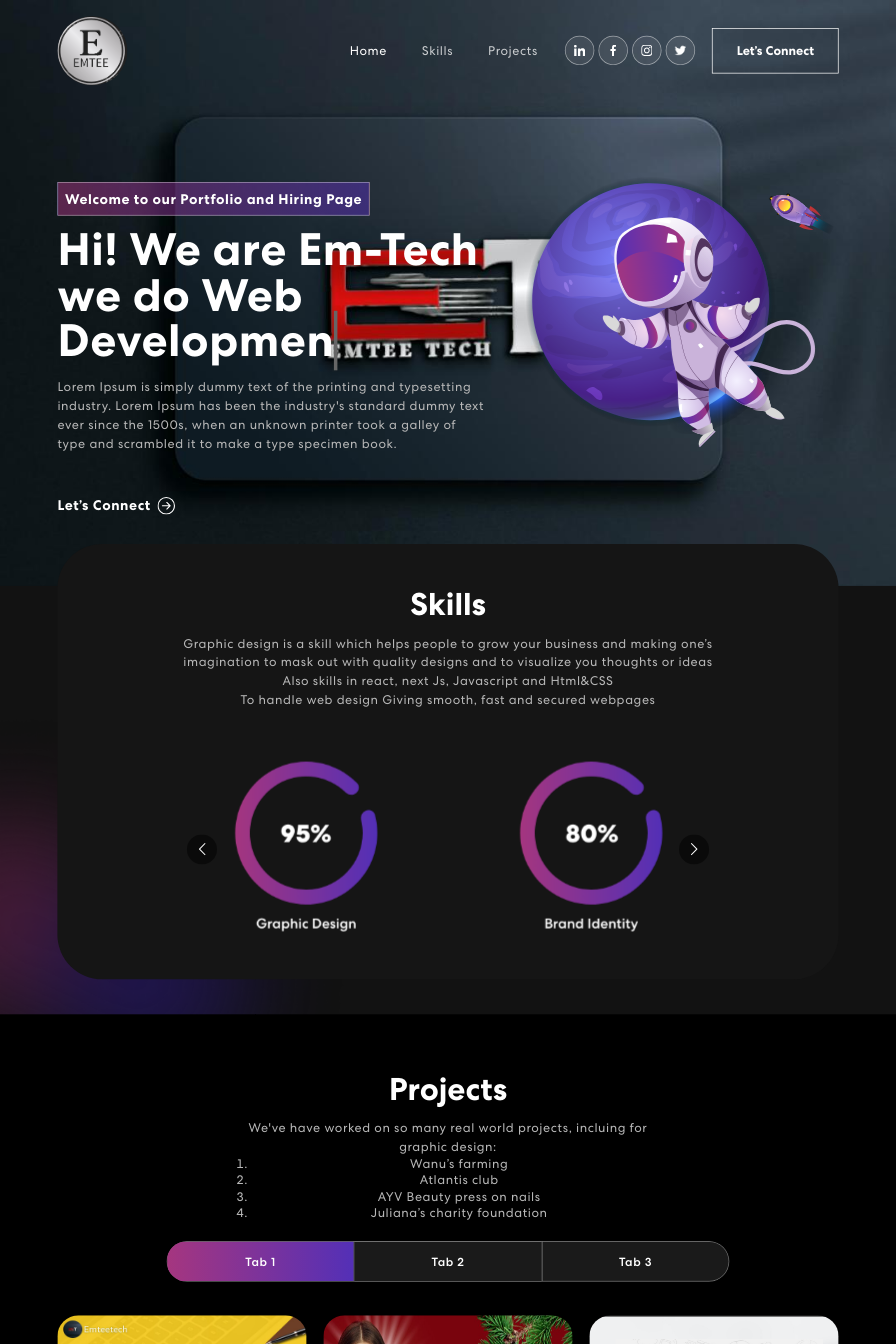
Repository: EmmanuelKeifala/emtee
Page: /
The author's editor kept a copy of each file at every save. The page is drawn from the files as they stood at one save, then again after the next save.
The browser window is 1280 px wide. The pictures show the part of the page from y = 0 to 1920 px (the page is 3568 px tall before and 3595 px after), at 70% of full size.
The project was rebuilt for these pictures with package versions that can differ from the ones it lists, and the page was loaded fresh each time. Some packages were replaced by stand-ins written for this rebuild.

Above is the page before, as saved 2022-09-30 18:13:56.

### public/index.html
<!DOCTYPE html>
<html lang="en">
  <head>
    <meta charset="utf-8" />
    <link rel="icon" href="%PUBLIC_URL%/favicon.ico" />
    <meta name="viewport" content="width=device-width, initial-scale=1" />
    <meta name="theme-color" content="#000000" />
    <meta name="description" content="Em-Tech" />
    <link rel="apple-touch-icon" href="%PUBLIC_URL%/logo192.png" />

    <link rel="manifest" href="%PUBLIC_URL%/manifest.json" />
    <title>Em-Tech</title>
  </head>
  <body>
    <div id="root"></div>
  </body>
</html>

### src/Components/Navbar.jsx
import React, { useState, useEffect } from "react";
import { Navbar, Container, Nav } from "react-bootstrap";
import logo from "../assets/img/screen.png";
import navIcon1 from "../assets/img/nav-icon1.svg";
import navIcon2 from "../assets/img/nav-icon2.svg";
import navIcon3 from "../assets/img/nav-icon3.svg";
import Twitter from "../assets/img/twit.png";

const NavBar = () => {
  const [activeLink, setActiveLink] = useState("home");
  const [scrolled, setScrolled] = useState(false);
  useEffect(() => {
    const onScroll = () => {
      if (window.scrollY > 50) {
        setScrolled(true);
      } else {
        setScrolled(false);
      }
    };
    window.addEventListener("scroll", onScroll);

    return () => window.removeEventListener("scroll", onScroll);
  }, []);
  const onUpdateActiveLink = (value) => {
    setActiveLink(value);
  };
  return (
    <Navbar expand="md" className={scrolled ? "scrolled" : ""}>
      <Container>
        <Navbar.Brand href="/">
          <img src={logo} alt="Logo" className="lo" />
        </Navbar.Brand>
        <Navbar.Toggle aria-controls="basic-navbar-nav">
          <span className="navbar-toggler-icon"></span>
        </Navbar.Toggle>
        <Navbar.Collapse id="basic-navbar-nav">
          <Nav className="ms-auto">
            <Nav.Link
              href="#home"
              className={
                activeLink === "home" ? "active navbar-link" : "navbar-link"
              }
              onClick={() => onUpdateActiveLink("home")}
            >
              Home
            </Nav.Link>
            <Nav.Link
              href="#skills"
              className={
                activeLink === "skills" ? "active navbar-link" : "navbar-link"
              }
              onClick={() => onUpdateActiveLink("skills")}
            >
              Skills
            </Nav.Link>
            <Nav.Link
              href="#project"
              className={
                activeLink === "project" ? "active navbar-link" : "navbar-link"
              }
              onClick={() => onUpdateActiveLink("project")}
            >
              Projects
            </Nav.Link>
          </Nav>
          <span className="navbar-text">
            <div className="social-icon">
              <a href="#">
                <img src={navIcon1} alt="linkedin" />
              </a>
              <a href="#">
                <img src={navIcon2} alt="facebook" />
              </a>
              <a href="#">
                <img src={navIcon3} alt="instagram" />
              </a>
              <a href="#">
                <img src={Twitter} alt="Twitter" className="twit" />
              </a>
            </div>
            <button className="vvd">
              <span>Let’s Connect</span>
            </button>
          </span>
        </Navbar.Collapse>
      </Container>
    </Navbar>
  );
};

export default NavBar;

### src/Components/Banner.jsx
import React from "react";
import { useState, useEffect } from "react";
import { Container, Row, Col } from "react-bootstrap";
import { ArrowRightCircle } from "react-bootstrap-icons";
import headerImg from "../assets/img/header-img.svg";
import "animate.css";
import TrackVisibility from "react-on-screen";
import GoogleAd from "./GoogleAd";
const Banner = () => {
  const [loopNum, setLoopNum] = useState(0);
  const [isDeleting, setIsDeleting] = useState(false);
  const [text, setText] = useState("");
  const [delta, setDelta] = useState(300 - Math.random() * 100);
  const [index, setIndex] = useState(1);
  const toRotate = ["Web Development", "Web Design", "UI/UX Design"];
  const period = 2000;

  useEffect(() => {
    let ticker = setInterval(() => {
      tick();
    }, delta);

    return () => {
      clearInterval(ticker);
    };
  }, [text]);

  const tick = () => {
    let i = loopNum % toRotate.length;
    let fullText = toRotate[i];
    let updatedText = isDeleting
      ? fullText.substring(0, text.length - 1)
      : fullText.substring(0, text.length + 1);

    setText(updatedText);

    if (isDeleting) {
      setDelta((prevDelta) => prevDelta / 2);
    }

    if (!isDeleting && updatedText === fullText) {
      setIsDeleting(true);
      setIndex((prevIndex) => prevIndex - 1);
      setDelta(period);
    } else if (isDeleting && updatedText === "") {
      setIsDeleting(false);
      setLoopNum(loopNum + 1);
      setIndex(1);
      setDelta(500);
    } else {
      setIndex((prevIndex) => prevIndex + 1);
    }
  };

  return (
    <section className="banner" id="home">
      <Container>
        <Row className="aligh-items-center">
          <Col xs={12} md={6} xl={7}>
            <TrackVisibility>
              {({ isVisible }) => (
                <div
                  className={
                    isVisible ? "animate__animated animate__fadeIn" : ""
                  }
                >
                  <span className="tagline">
                    Welcome to our Portfolio and Hiring Page
                  </span>
                  <h1>
                    {`Hi! We are Em-Tech we do`}{" "}
                    <span
                      className="txt-rotate"
                      dataPeriod="1000"
                      data-rotate='[ "Web Developement", "Web Design", "UI/UX Design" ]'
                    >
                      <span className="wrap">{text}</span>
                    </span>
                  </h1>
                  <p>
                    Lorem Ipsum is simply dummy text of the printing and
                    typesetting industry. Lorem Ipsum has been the industry's
                    standard dummy text ever since the 1500s, when an unknown
                    printer took a galley of type and scrambled it to make a
                    type specimen book.
                  </p>
                  <button onClick={() => console.log("connect")}>
                    Let’s Connect <ArrowRightCircle size={25} />
                  </button>
                </div>
              )}
            </TrackVisibility>
          </Col>
          <Col xs={12} md={6} xl={5}>
            <TrackVisibility>
              {({ isVisible }) => (
                <div
                  className={
                    isVisible ? "animate__animated animate__zoomIn" : ""
                  }
                >
                  <img src={headerImg} alt="Header Img" />
                </div>
              )}
            </TrackVisibility>
          </Col>
        </Row>
      </Container>
      <GoogleAd slot="9876543210" googleAdId="ca-pub-2934431448539258" />
    </section>
  );
};

export default Banner;

### src/Components/Skills.jsx
import React from "react";
import meter1 from "../assets/img/meter1.svg";
import meter2 from "../assets/img/meter2.svg";
import meter3 from "../assets/img/meter3.svg";
import Carousel from "react-multi-carousel";
import "react-multi-carousel/lib/styles.css";
import arrow1 from "../assets/img/arrow1.svg";
import arrow2 from "../assets/img/arrow2.svg";
import colorSharp from "../assets/img/color-sharp.png";
const Skills = () => {
  const responsive = {
    superLargeDesktop: {
      // the naming can be any, depends on you.
      breakpoint: { max: 4000, min: 3000 },
      items: 5,
    },
    desktop: {
      breakpoint: { max: 3000, min: 1024 },
      items: 3,
    },
    tablet: {
      breakpoint: { max: 1024, min: 464 },
      items: 2,
    },
    mobile: {
      breakpoint: { max: 464, min: 0 },
      items: 1,
    },
  };
  return (
    <section className="skill" id="skills">
      <div className="container">
        <div className="row">
          <div className="col-12">
            <div className="skill-bx wow zoomIn">
              <h2>Skills</h2>
              <p>
                Graphic design is a skill which helps people to grow your
                business and making one’s <br></br> imagination to mask out with
                quality designs and to visualize you thoughts or ideas<br></br>
                Also skills in react, next Js, Javascript and Html&CSS <br></br>
                To handle web design Giving smooth, fast and secured webpages
              </p>
              <Carousel
                responsive={responsive}
                infinite={true}
                className="owl-carousel owl-theme skill-slider"
              >
                <div className="item">
                  <img src={meter1} alt="Image" />
                  <h5>Graphic Design</h5>
                </div>
                <div className="item">
                  <img src={meter2} alt="Image" />
                  <h5>Brand Identity</h5>
                </div>
                <div className="item">
                  <img src={meter3} alt="Image" />
                  <h5>Logo Design</h5>
                </div>
                <div className="item">
                  <img src={meter1} alt="Image" />
                  <h5>Web Development</h5>
                </div>
              </Carousel>
            </div>
          </div>
        </div>
      </div>
      <img className="background-image-left" src={colorSharp} alt="Image" />
    </section>
  );
};

export default Skills;

### src/Components/Contact.jsx
import React from "react";
import { useState } from "react";
import { Container, Row, Col } from "react-bootstrap";
import contactImg from "../assets/img/contact-img.svg";
import "animate.css";
import { Form, Input, TextArea, Button } from "semantic-ui-react";
import TrackVisibility from "react-on-screen";
import Swal from "sweetalert2";
import emailjs from "emailjs-com";
const Contact = () => {
  const formInitialDetails = {
    firstName: "",
    lastName: "",
    email: "",
    phone: "",
    message: "",
  };

  const SERVICE_ID = "service_hdc70rt";
  const TEMPLATE_ID = "template_uccb61k";
  const USER_ID = "tjSBze7Rp8m252Qv_";

  const [formDetails, setFormDetails] = useState(formInitialDetails);
  const [buttonText, setButtonText] = useState("Send");
  const [status, setStatus] = useState({});

  const onFormUpdate = (category, value) => {
    setFormDetails({
      ...formDetails,
      [category]: value,
    });
  };

  const handleOnSubmit = (e) => {
    e.preventDefault();
    emailjs.sendForm(SERVICE_ID, TEMPLATE_ID, e.target, USER_ID).then(
      (result) => {
        console.log(result.text);
        Swal.fire({
          icon: "success",
          title: "Message Sent Successfully",
        });
      },
      (error) => {
        console.log(error.text);
        Swal.fire({
          icon: "error",
          title: "Ooops, something went wrong",
          text: error.text,
        });
      }
    );
    console.log(e.target);
    e.target.reset();
  };

  return (
    <section className="contact" id="connect">
      <Container>
        <Row className="align-items-center">
          <Col size={12} md={6}>
            <TrackVisibility>
              {({ isVisible }) => (
                <img
                  className={
                    isVisible ? "animate__animated animate__zoomIn" : ""
                  }
                  src={contactImg}
                  alt="Contact Us"
                />
              )}
            </TrackVisibility>
          </Col>
          <Col size={12} md={6}>
            <TrackVisibility>
              {({ isVisible }) => (
                <div
                  className={
                    isVisible ? "animate__animated animate__fadeIn" : ""
                  }
                >
                  <h2>Get In Touch</h2>
                  <form onSubmit={handleOnSubmit}>
                    <Row>
                      <Col size={12} sm={6} className="px-1">
                        <Form.Field
                          id="form-input-control-email"
                          control={Input}
                          label="Email"
                          name="user_email"
                          placeholder="Email…"
                          required
                          icon="mail"
                          iconPosition="left"
                        />
                      </Col>
                      <Col size={12} sm={6} className="px-1">
                        <Form.Field
                          id="form-input-control-last-name"
                          control={Input}
                          label="Name"
                          name="user_name"
                          placeholder="Name…"
                          required
                          icon="user circle"
                          iconPosition="left"
                        />
                      </Col>
                      <Col size={12} className="px-1">
                        <Form.Field
                          id="form-textarea-control-opinion"
                          control={TextArea}
                          label="Message"
                          name="user_message"
                          placeholder="Message..."
                          required
                        />
                        <button type="submit">
                          <span>{buttonText}</span>
                        </button>
                      </Col>
                      {status.message && (
                        <Col>
                          <p
                            className={
                              status.success === false ? "danger" : "success"
                            }
                          >
                            {status.message}
                          </p>
                        </Col>
                      )}
                    </Row>
                  </form>
                </div>
              )}
            </TrackVisibility>
          </Col>
        </Row>
      </Container>
    </section>
  );
};

export default Contact;

### src/Components/Footer.jsx
import React from "react";
import { Container, Row, Col } from "react-bootstrap";
import logo from "../assets/img/logo.svg";
import navIcon1 from "../assets/img/nav-icon1.svg";
import navIcon2 from "../assets/img/nav-icon2.svg";
import navIcon3 from "../assets/img/nav-icon3.svg";

const Footer = () => {
  return (
    <footer className="footer">
      <Container>
        <Row className="align-items-center">
          <Col size={12} sm={6}>
            <img src={logo} alt="Logo" />
          </Col>
          <Col size={12} sm={6} className="text-center text-sm-end">
            <div className="social-icon">
              <a href="#" className="icon">
                <img src={navIcon1} alt="Icon" className="icon-1" />
              </a>
              <a href="#" className="icon">
                <img src={navIcon2} alt="Icon" className="icon-1" />
              </a>
              <a href="#" className="icon">
                <img src={navIcon3} alt="Icon" className="icon-1" />
              </a>
            </div>
            <p>Copyright 2022. All Rights Reserved</p>
            <p>Develped by Em-Tech</p>
          </Col>
        </Row>
      </Container>
    </footer>
  );
};

export default Footer;

### src/Components/GoogleAd.jsx
import React, { Component } from "react";
import PropTypes from "prop-types";

class GoogleAd extends Component {
  googleInit = null;

  componentDidMount() {
    const { timeout } = this.props;
    this.googleInit = setTimeout(() => {
      if (typeof window !== "undefined")
        (window.adsbygoogle = window.adsbygoogle || []).push({});
    }, timeout);
  }

  componentWillUnmount() {
    if (this.googleInit) clearTimeout(this.googleInit);
  }

  render() {
    const { classNames, slot, googleAdId, style, format } = this.props;
    return (
      <div className={classNames}>
        <ins
          className="adsbygoogle"
          style={style || { display: "block", textAlign: "center" }}
          data-ad-client={googleAdId}
          data-ad-slot={slot}
          data-ad-format={format || "auto"}
          data-full-width-responsive="true"
        ></ins>
      </div>
    );
  }
}
GoogleAd.propTypes = {
  classNames: PropTypes.string,
  slot: PropTypes.string,
  timeout: PropTypes.number,
  googleAdId: PropTypes.string,
};
GoogleAd.defaultProps = {
  classNames: "",
  timeout: 200,
};
export default GoogleAd;

### src/Components/ProjectCard.jsx
import { Col } from "react-bootstrap";

export const ProjectCard = ({ title, description, imgUrl, link }) => {
  return (
    <Col size={12} sm={6} md={4}>
      <div className="proj-imgbx">
        <img src={imgUrl} className="prop-image" />
        <div className="proj-txtx">
          <h4>{title}</h4>
          <span>{description}</span>
          {link && (
            <p>
              <a target="_blank" href={link}>
                <span className="spanner">Demo</span>
              </a>
            </p>
          )}
        </div>
      </div>
    </Col>
  );
};

Loaded but not shown: src/index.css (common file); src/reportWebVitals.js (common file); src/App.js (23 lines, source omitted); src/index.js (16 lines, source omitted); src/App.css (743 lines, source omitted); src/Components/Projects.jsx (167 lines, source omitted)

After the next save:
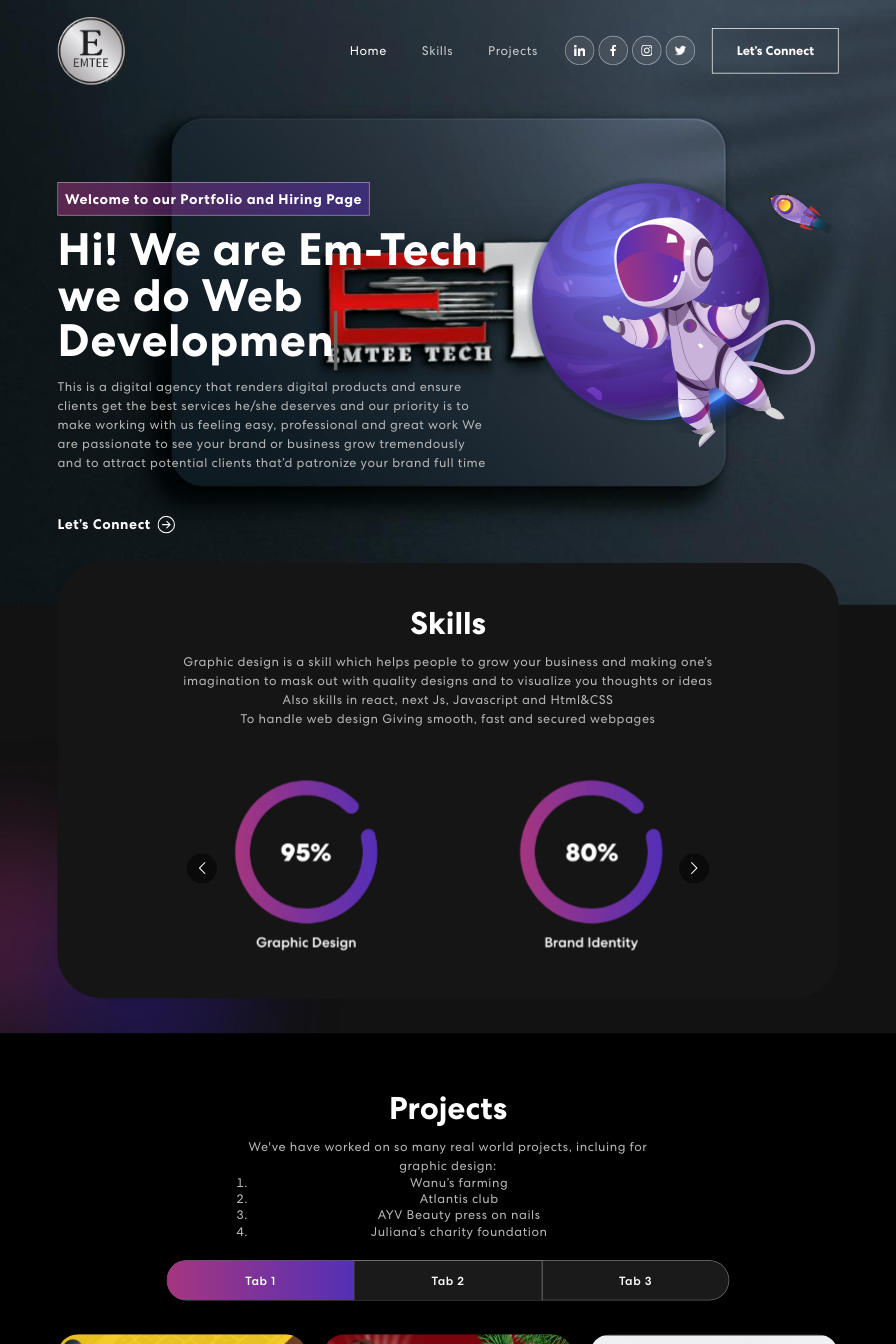
Saved 46 s later.
--- a/src/Components/Banner.jsx
+++ b/src/Components/Banner.jsx
@@ -78,11 +78,12 @@ const Banner = () => {
                     </span>
                   </h1>
                   <p>
-                    Lorem Ipsum is simply dummy text of the printing and
-                    typesetting industry. Lorem Ipsum has been the industry's
-                    standard dummy text ever since the 1500s, when an unknown
-                    printer took a galley of type and scrambled it to make a
-                    type specimen book.
+                    This is a digital agency that renders digital products and
+                    ensure clients get the best services he/she deserves and our
+                    priority is to make working with us feeling easy,
+                    professional and great work We are passionate to see your
+                    brand or business grow tremendously and to attract potential
+                    clients that’d patronize your brand full time
                   </p>
                   <button onClick={() => console.log("connect")}>
                     Let’s Connect <ArrowRightCircle size={25} />
